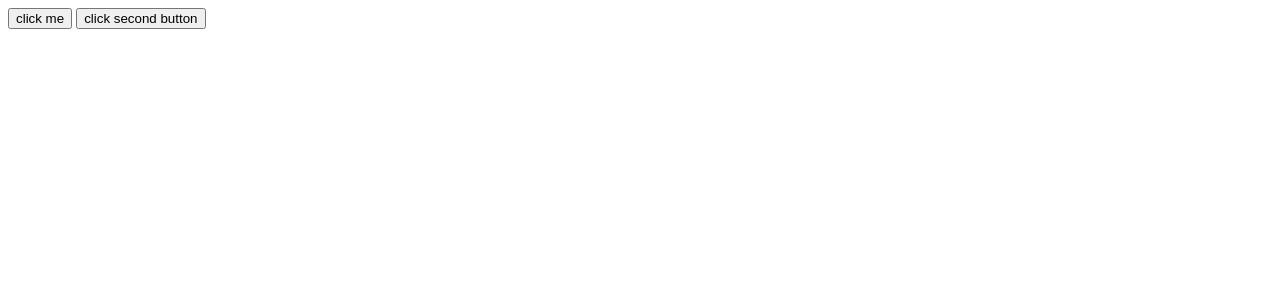
Repository: Samkiroko/Javascript-course
Page: 09-dom.html
These files come from the project's save history. The page is drawn as it stood at one moment and after the next save; the edit follows.
The browser window is 1280 px wide. The pictures show the whole page.

Above is the page before, as saved 2023-08-25 17:30:01.

After the next save:
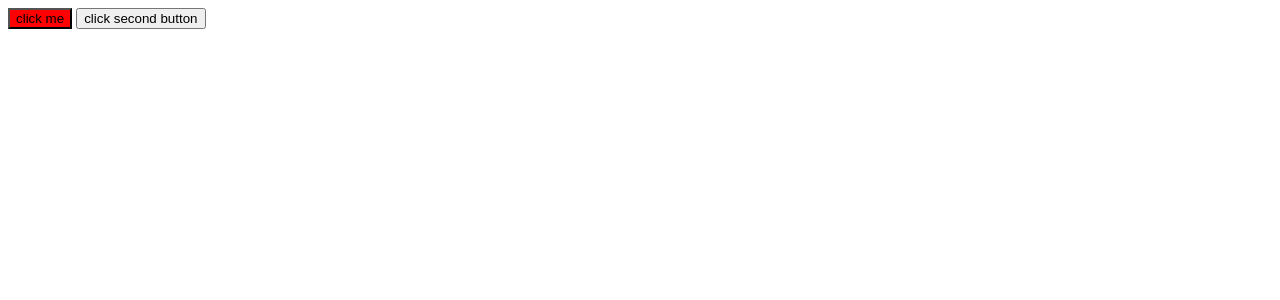
Saved 49 min 52 s later.
--- a/09-dom.html
+++ b/09-dom.html
@@ -14,6 +14,9 @@
       const button2 = (document.querySelector('.two').innerHTML =
         'click second button');
 
+      const button3 = (document.querySelector('button').style.backgroundColor =
+        'red');
+
       /*
       document.body.style.backgroundColor = 'aqua';
       document.title = 'good Job';
